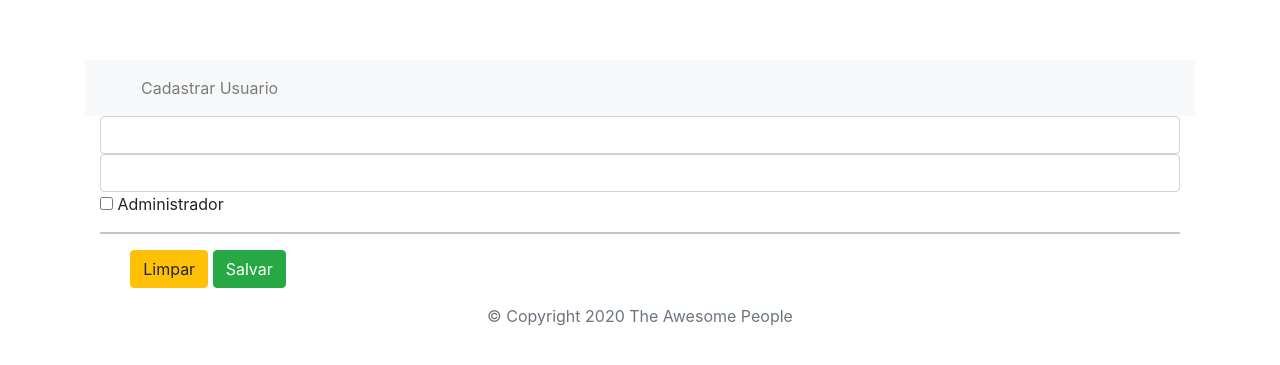
Repository: ClaytonEduard/cartaodeponto
Page: http://localhost/
These files come from the project's save history. The page is drawn as it stood at one moment and after the next save; the edit follows.
The browser window is 1280 px wide. The pictures show the whole page.
Some web libraries are served in a nearby version. The page is served by the project's Node server (app.js).

Above is the page before, as saved 2022-04-11 17:47:37.

After the next save:
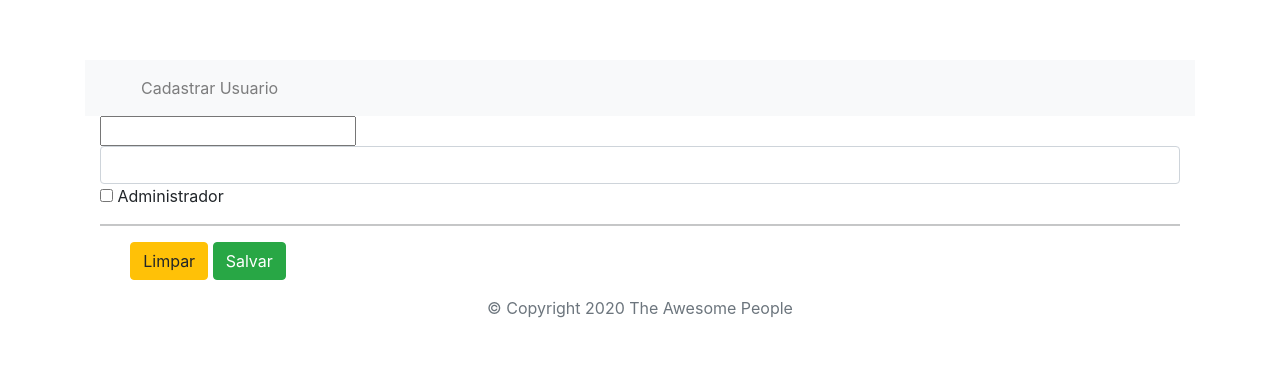
Saved 51 s later.
--- a/views/cadusuario.ejs
+++ b/views/cadusuario.ejs
@@ -17,7 +17,7 @@
     </header>
     <div class="container">
         <form action="/" method="POST">
-            <input type="number" class="form-control" id="matricula" />
+            <input type="number" id="matricula" />
             <input type="password" class="form-control" id="senha" />
 
             <input type="checkbox" id="eAdmin " name="eAdmin " />
